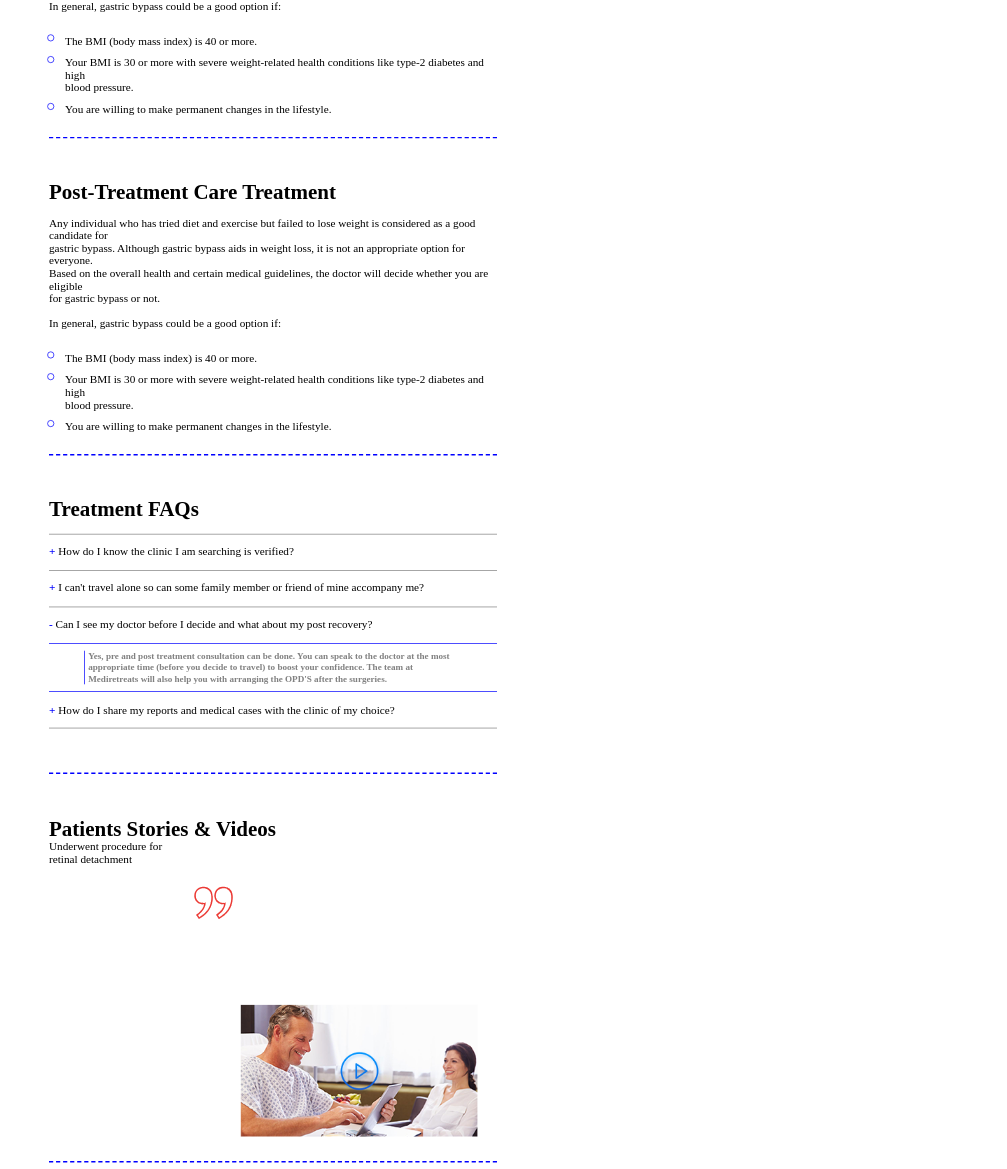
Repository: hetuk2005/webDevelopment
Page: Projects/Aafiya.html
These files come from the project's save history. The page is drawn as it stood at one moment and after the next save; the edit follows.
The browser window is 1280 px wide. The page is 1438 px wide, so the pictures cover 1438 px, including what lies to the right of the window. The pictures show the part of the page from y = 2952 to 4672 px (the page is 4622 px tall before and 4672 px after), at 70% of full size.

Above is the page before, as saved 2025-04-08 10:29:01.

After the next save:
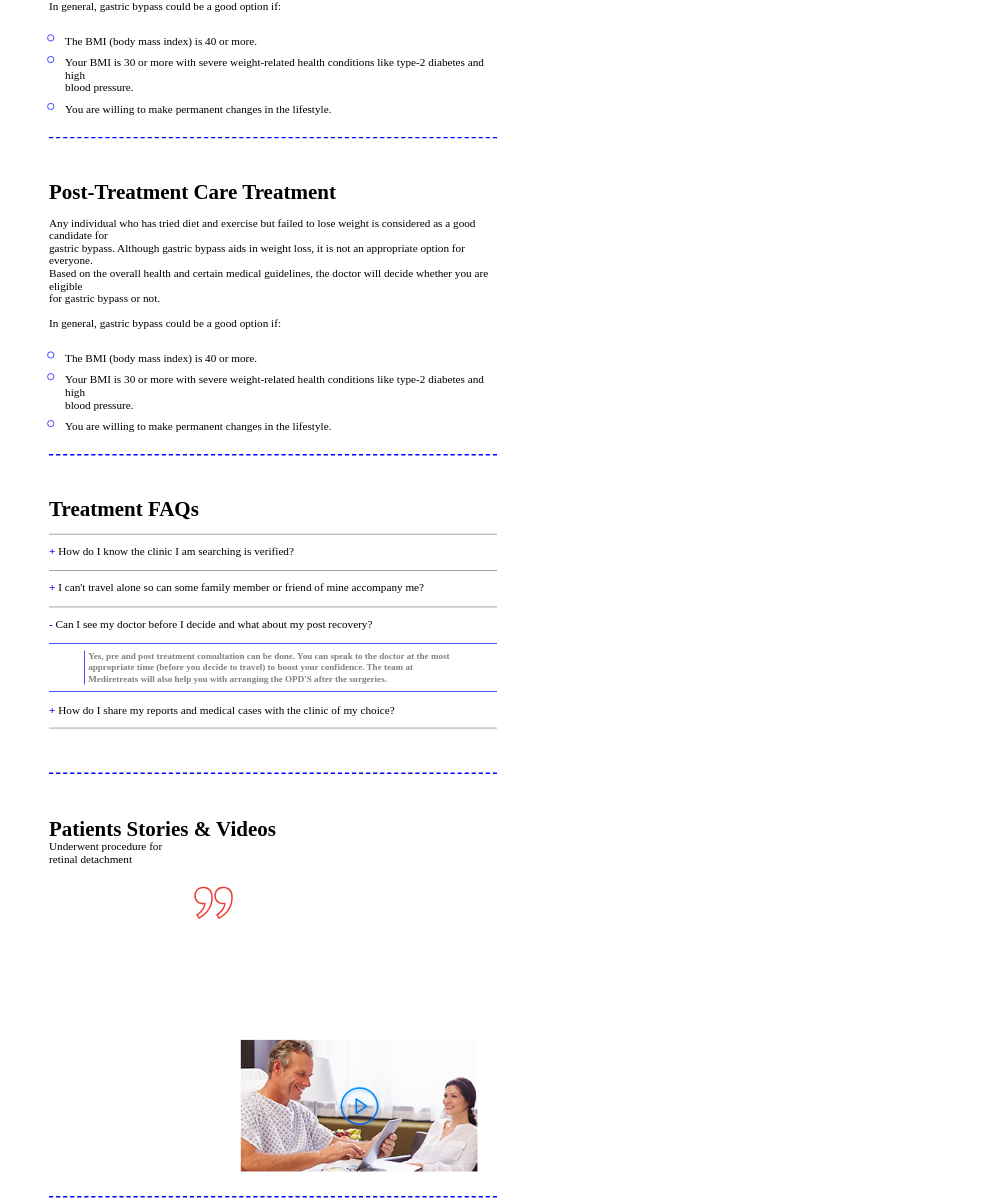
Saved 11 s later.
--- a/Projects/CSS/Aafiya.css
+++ b/Projects/CSS/Aafiya.css
@@ -513,6 +513,6 @@ span {
     height: 70px;
     width: 70px;
     margin-left: 200px;
-    margin-bottom: 300px;
-    object-fit: contain;
-}
+    margin-bottom: 350px;
+    object-fit: contain;
+}
